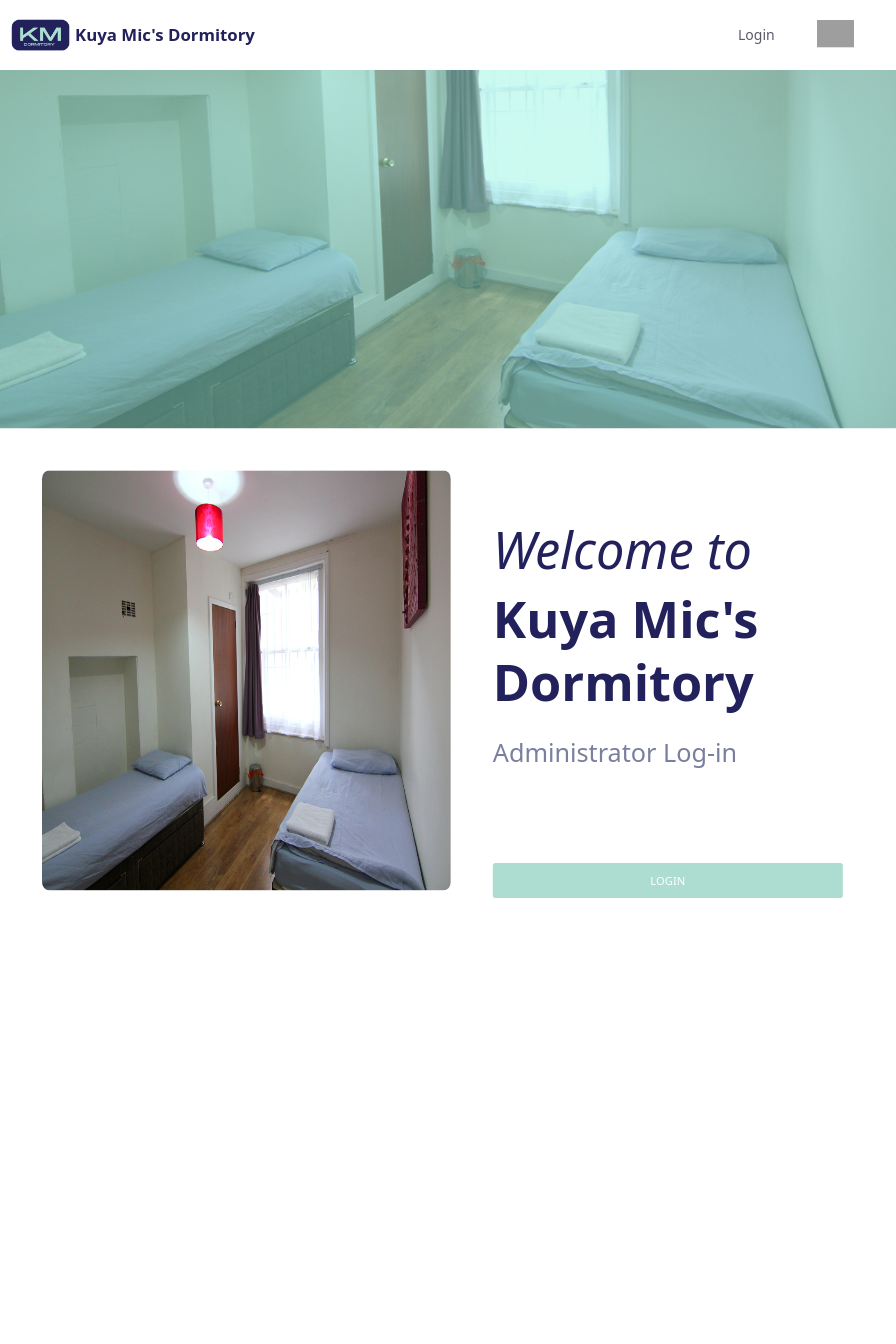
Repository: theamgri/Dormitory-Management-System
Page: index.html
An editor plug-in stored every save of this project. The page is shown before and after the next save, followed by the edit.
The browser window is 1280 px wide. The pictures show the part of the page from y = 0 to 1920 px (the page is 17892 px tall), at 70% of full size.
Pictures or frames that could not be fetched are drawn as grey boxes. Some web libraries are served in a nearby version.

Above is the page before, as saved 2022-12-06 09:43:30.

After the next save:
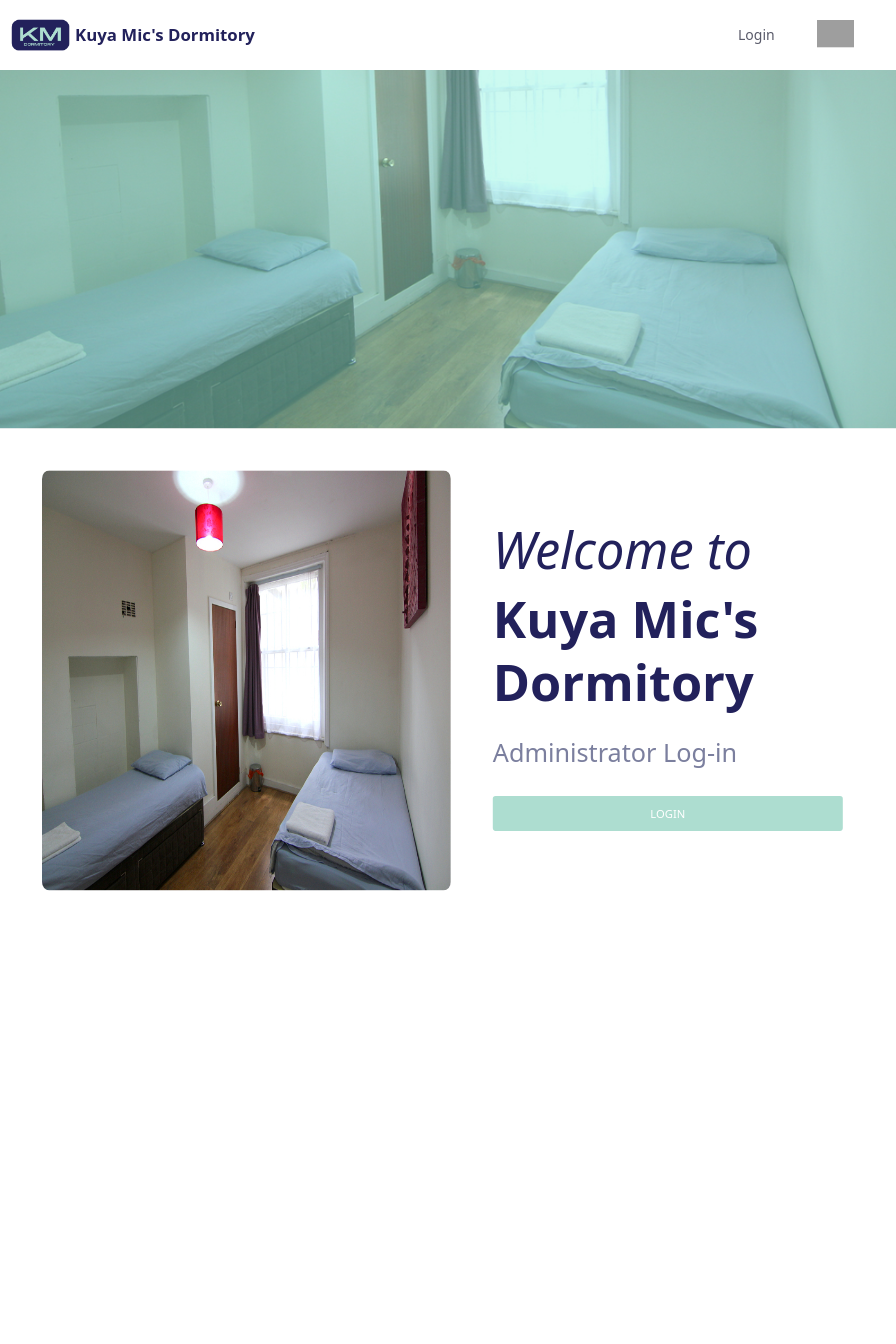
Saved 4 s later.
--- a/index.html
+++ b/index.html
@@ -48,7 +48,7 @@
         <h1 class="font-Montserrat font-bold leading-tight text-7xl mt-0 mb-2" style="color: #22215B; padding-top:0%; padding-left: 10;">Kuya Mic's Dormitory</h1>
 
         <h1 class=" leading-tight text-4xl mt-0 mb-2" style="color: #7B7F9E; padding-top:2%; padding-left: 30%;">Administrator Log-in </h1>
-        <div style="padding-top: 8rem;">
+        <div style="padding-top: 2rem;">
         <button onclick="location.href='login.html'" type="button" class="text-white font-Montserrat font-medium font-xl rounded" style="margin-top: 0rem; background-color:#ADDDD0; height:50px; width: 500px;">
            LOGIN
         </button>
